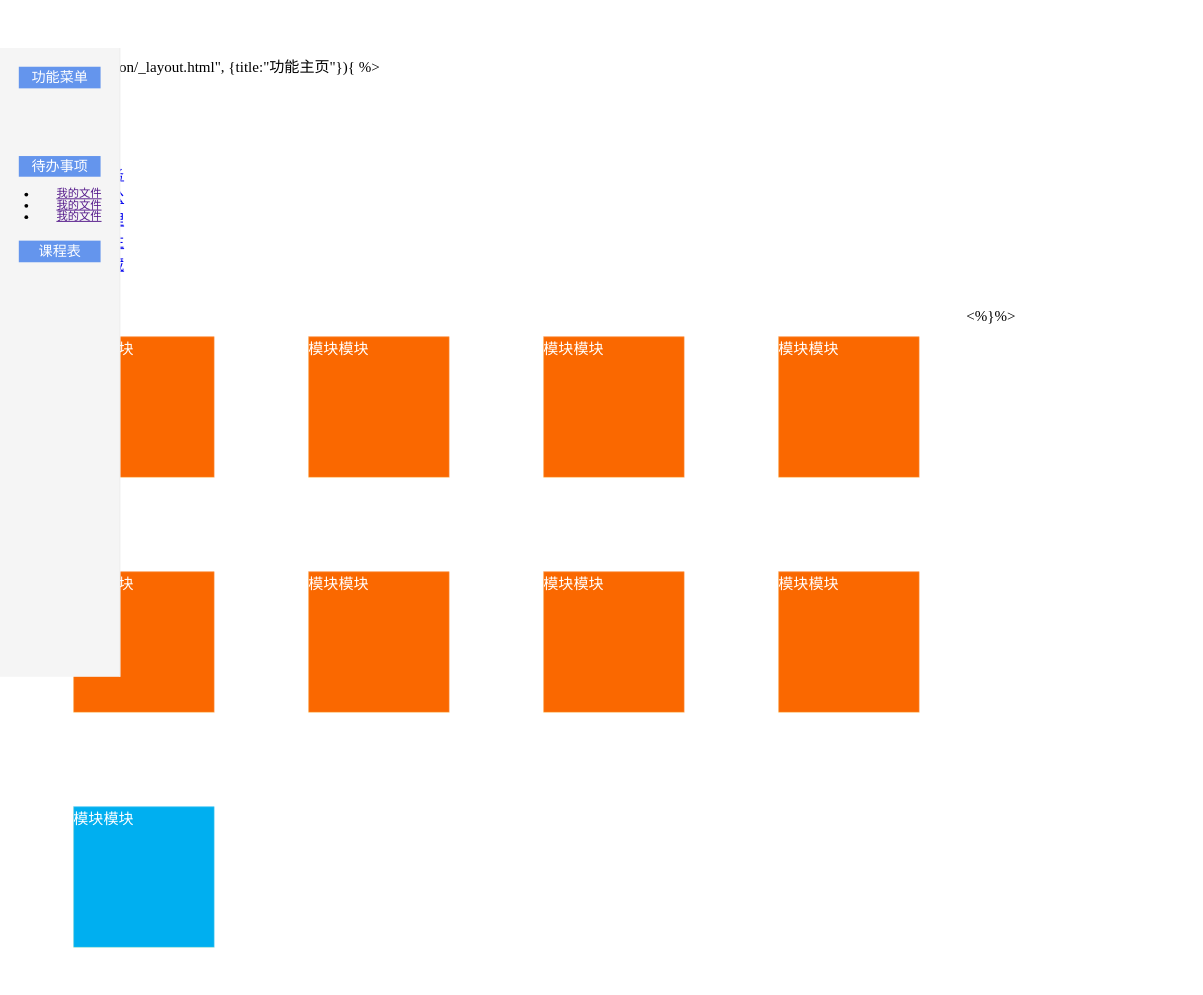
Repository: GaoChengliang/summerTask
Page: Campus_gcl/WebRoot/index/index.html
These files come from the project's save history. The page is drawn as it stood at one moment and after the next save; the edit follows.
The browser window is 1280 px wide. The pictures show the whole page, at 94% of full size.

Above is the page before, as saved 2015-08-14 01:44:31.
Console error: ReferenceError: $ is not defined

After the next save:
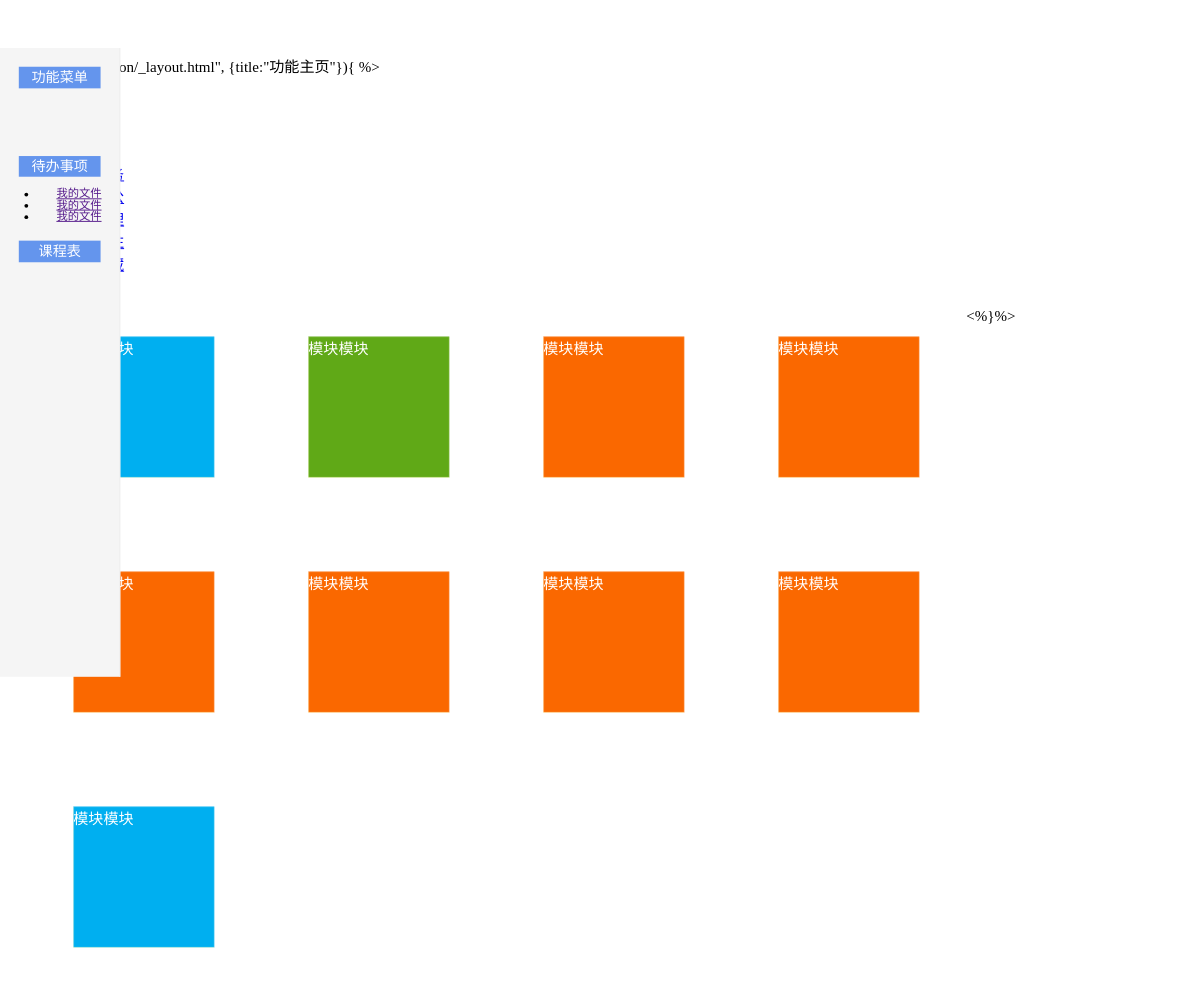
Saved 44 s later.
--- a/Campus_gcl/WebRoot/index/index.html
+++ b/Campus_gcl/WebRoot/index/index.html
@@ -46,10 +46,10 @@
 				</ul>
 				<div id="myTabContent" class="tab-content">
 					<div class="tab-pane fade in active" id="all">
-						 <div class="tile-square bg-orange fg-white">
+						 <div class="tile-square bg-blue fg-white">
               		 		模块模块
         				 </div>
-        				 <div class="tile-square bg-orange fg-white">
+        				 <div class="tile-square bg-green fg-white">
               		 		模块模块
         				 </div>
         				 <div class="tile-square bg-orange fg-white">
